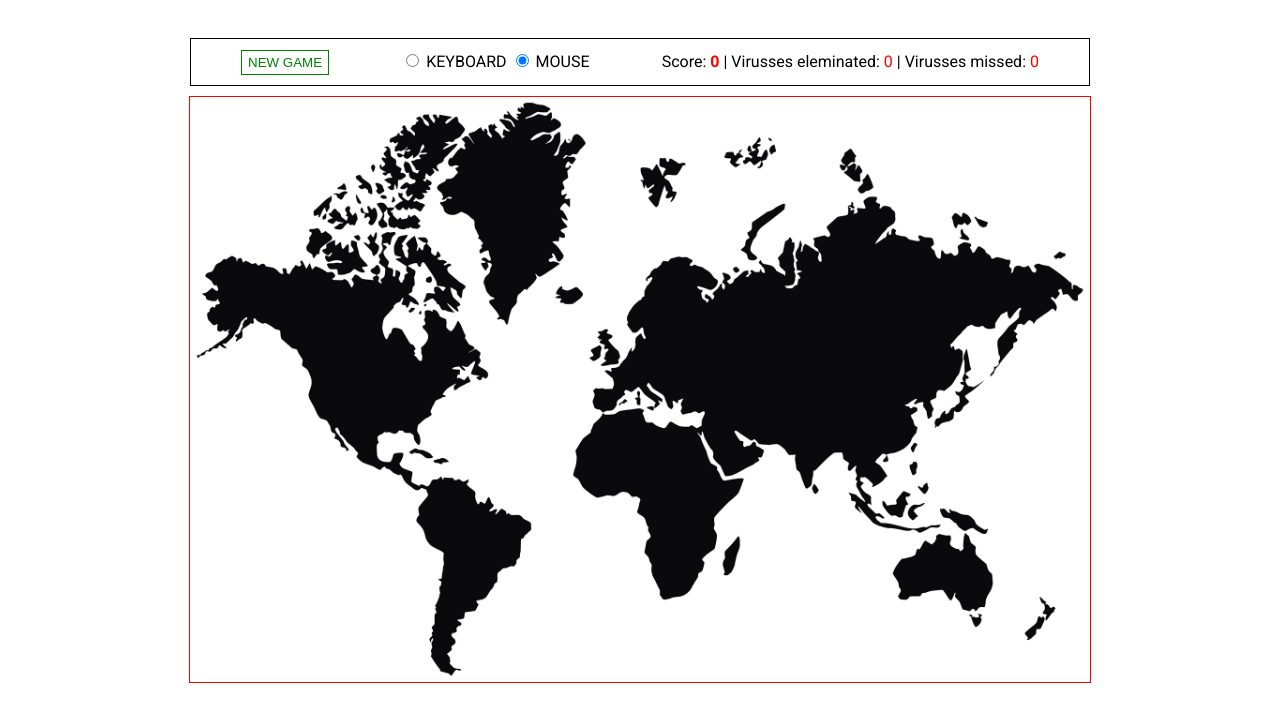
Repository: Baterka/DestroyTheVirus
Page: index.html
An editor plug-in stored every save of this project. The page is shown before and after the next save, followed by the edit.
The browser window is 1280 px wide. The pictures show the whole page.

Above is the page before, as saved 2020-03-19 15:25:07.

After the next save:
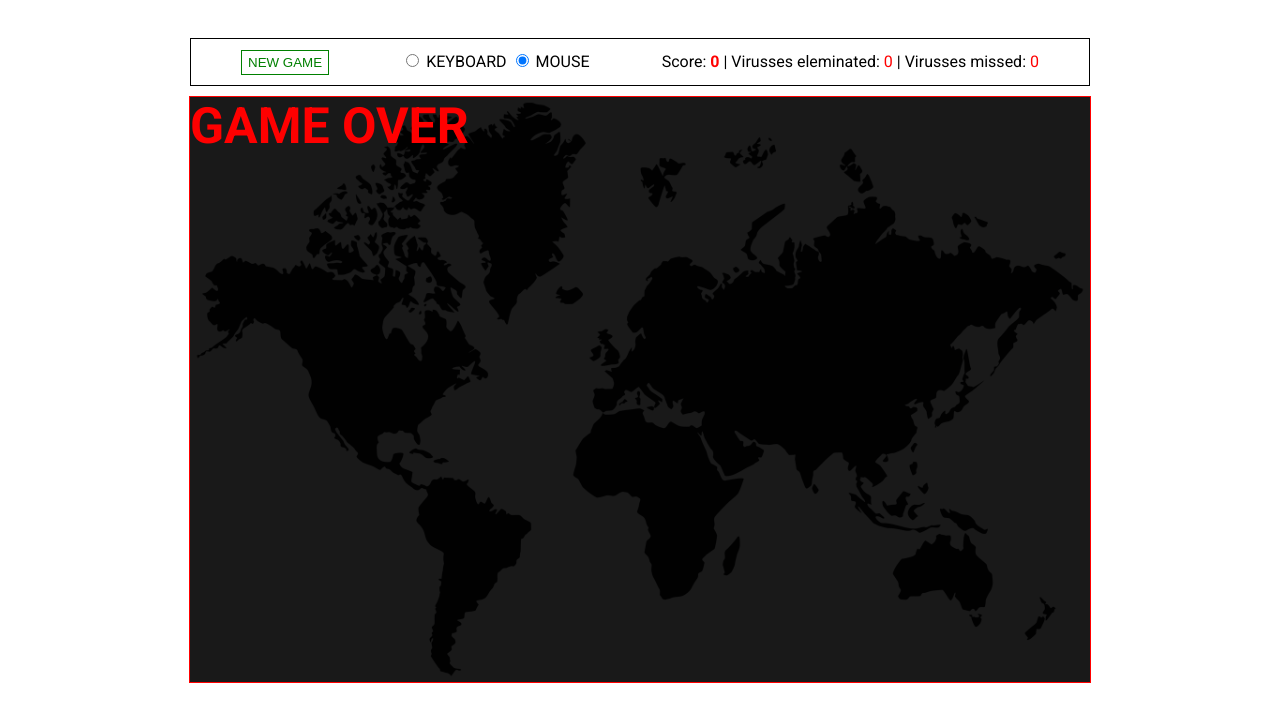
Saved 33 s later.
--- a/style.css
+++ b/style.css
@@ -96,7 +96,6 @@
 
 #gameOver {
     z-index: 0;
-    display: none;
     height: 100%;
     align-items: center;
     justify-content: center;

After the save that followed:
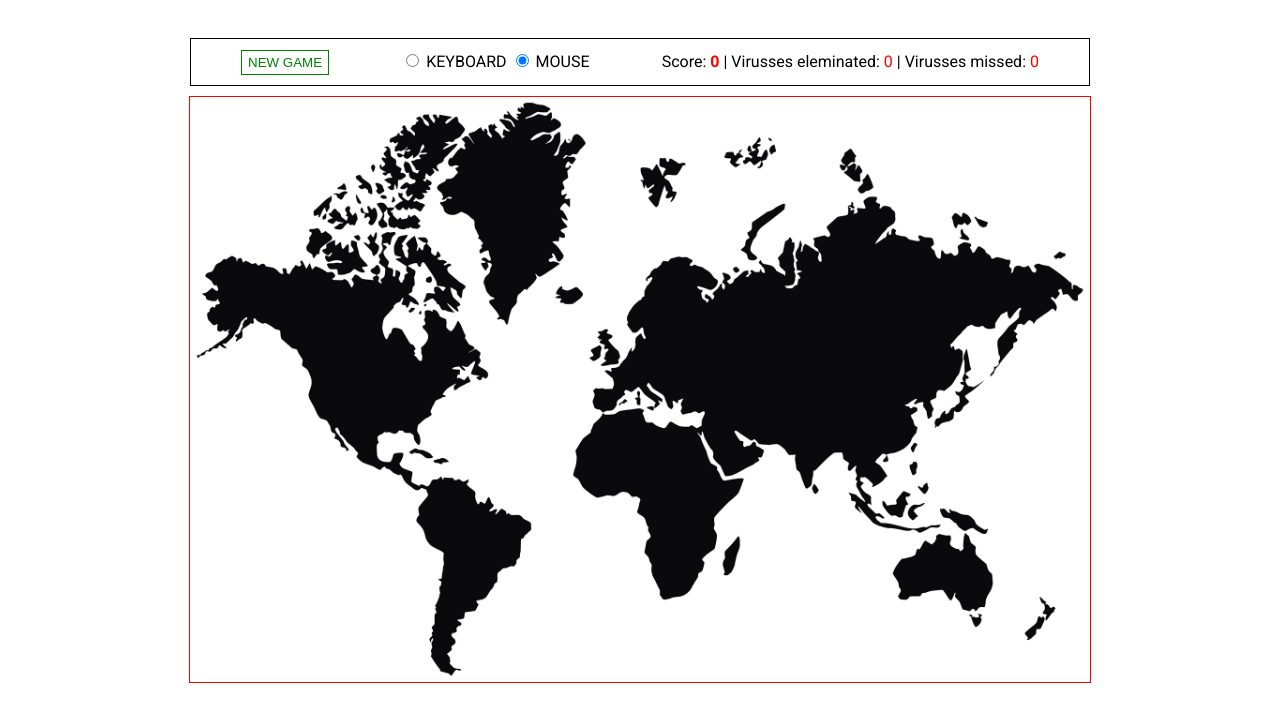
Saved 4 s later.
--- a/style.css
+++ b/style.css
@@ -96,6 +96,7 @@
 
 #gameOver {
     z-index: 0;
+    display: none;
     height: 100%;
     align-items: center;
     justify-content: center;
